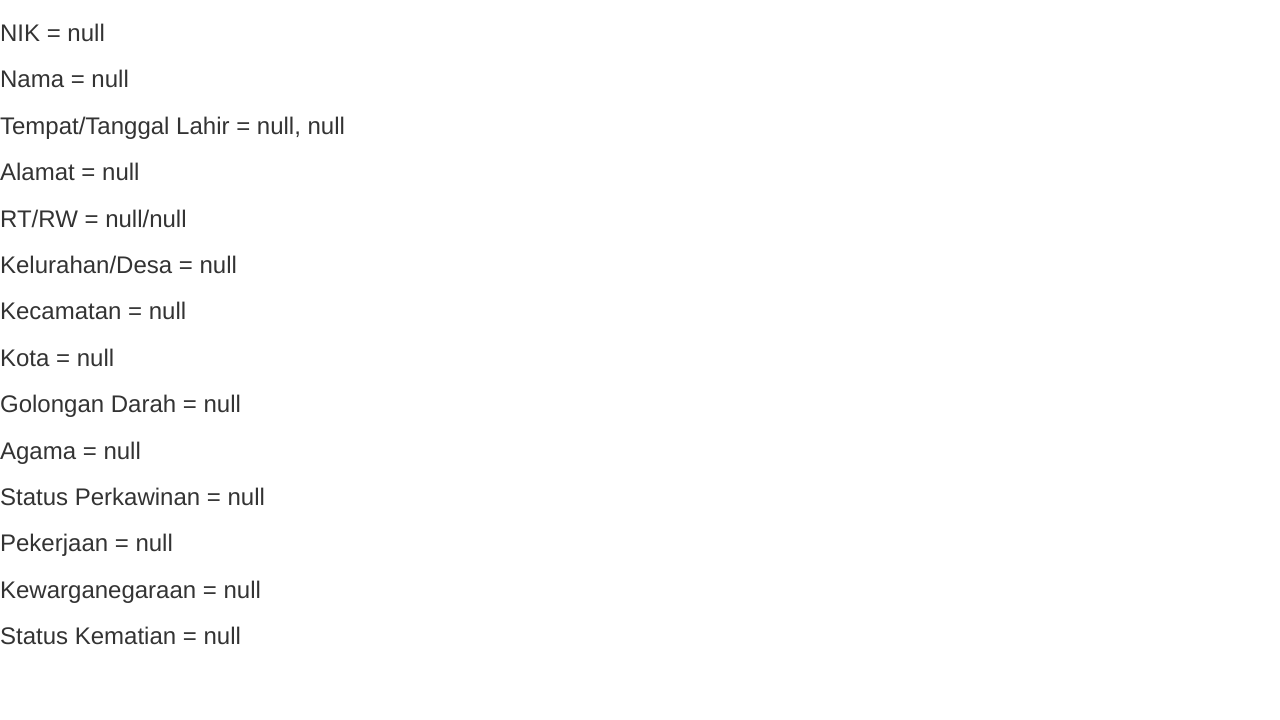
Repository: apap-2017/tugas1_1406544135
Page: http://localhost/detail-penduduk
An editor plug-in stored every save of this project. The page is shown before and after the next save, followed by the edit.
The browser window is 1280 px wide. The pictures show the whole page.
The page is this project's Thymeleaf template; nobody is signed in. The template is opened directly, without the code that normally fills it, so the values that code supplies are empty.

Above is the page before, as saved 2017-10-10 15:15:47.

After the next save:
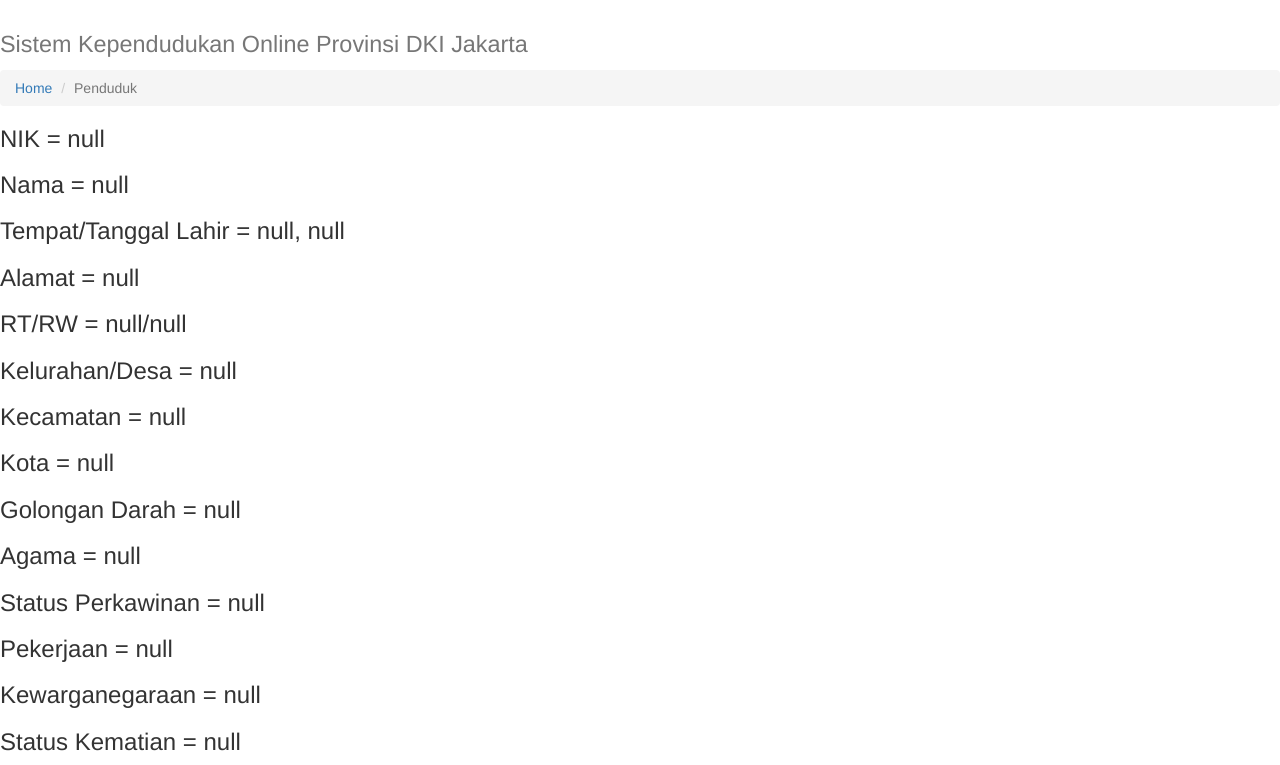
Saved 38 s later.
--- a/Tugas1_1406544135/src/main/resources/templates/detail-penduduk.html
+++ b/Tugas1_1406544135/src/main/resources/templates/detail-penduduk.html
@@ -6,6 +6,15 @@
     </head>
 
     <body>
+    	 <section class="content-header">
+			<h1>
+				<small>Sistem Kependudukan Online Provinsi DKI Jakarta</small>
+			</h1>
+			<ol class="breadcrumb">
+				<li><a th:href="@{/}">Home</a></li>
+				<li class="active">Penduduk</li>
+			</ol>
+		</section>
 	   <form action="/penduduk" th:object="${penduduk}" method="get">
 		    <h3 th:text="'NIK = ' + ${penduduk.nik}">NIK penduduk</h3>
 			<h3 th:text="'Nama = ' + ${penduduk.nama}"> Nama penduduk</h3>
